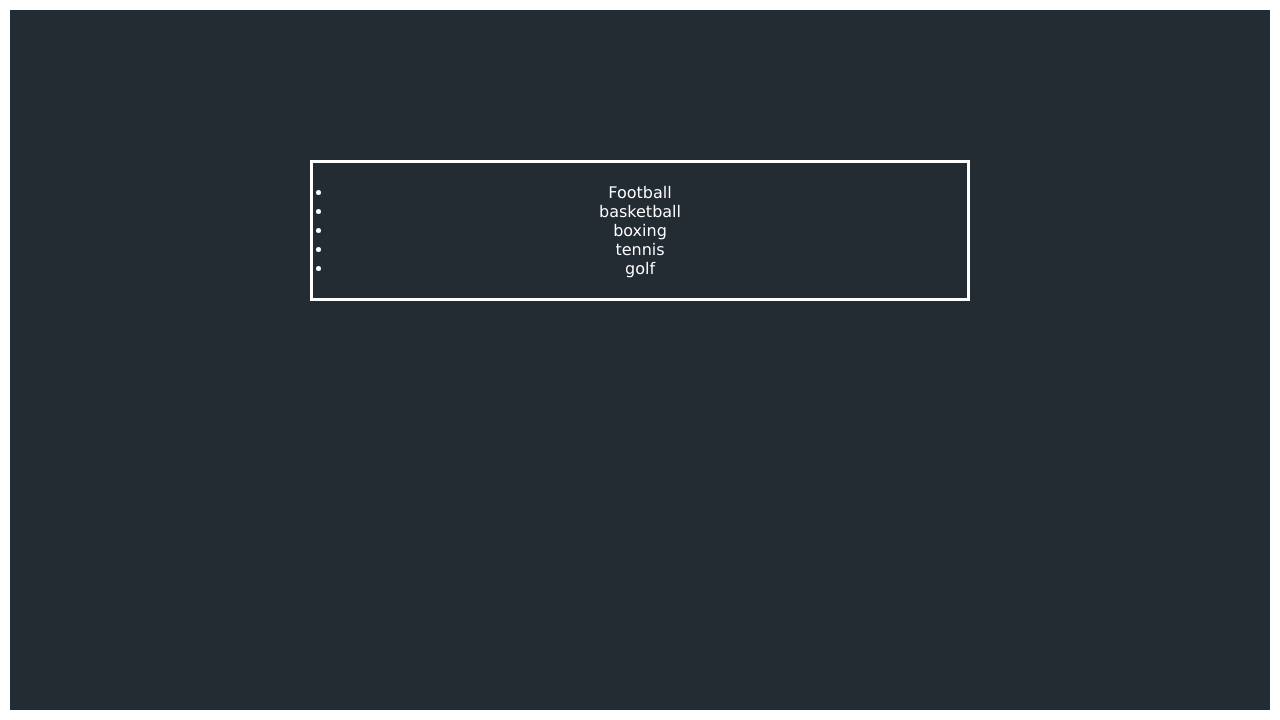
Repository: wakoya-tech/react-project
Page: Desktop/shaakala/aschu/index.html
These files come from the project's save history. The page is drawn as it stood at one moment and after the next save; the edit follows.
The browser window is 1280 px wide. The pictures show the whole page.

Above is the page before, as saved 2025-08-29 20:18:56.

### Desktop/shaakala/aschu/index.html
<!DOCTYPE html>
<html lang="en">
<head>
    <meta charset="UTF-8">
    <meta name="viewport" content="width=device-width, initial-scale=1.0">
    <title>Document</title>
</head>
<style>
    *{
        box-sizing: border-box;
        margin: 0;
        padding: 0;
    }
    body {
        background-color: rgb(35, 43, 51);
      border: 10px solid white;
      margin: 0;
      padding: 0;
      height: 100vh;
    }
    .container{
        font-family: Verdana, Geneva, Tahoma, sans-serif;
        color: white;
        background: none;
        align-content: center;
        text-align: center;
        justify-content: center;

        border: 3px solid white;
        margin: 150px 300px 150px 300px;
        padding: 20px;
    }

</style>
<body>
    <div class="container">
        <ul class="lists">
            <li class="list-items">Football</li>
            <li class="list-items">basketball</li>
            <li class="list-items">boxing</li>
            <li class="list-items">tennis</li>
            <li class="list-items">golf</li>
        </ul>
    </div>
</body>
</html>

After the next save:
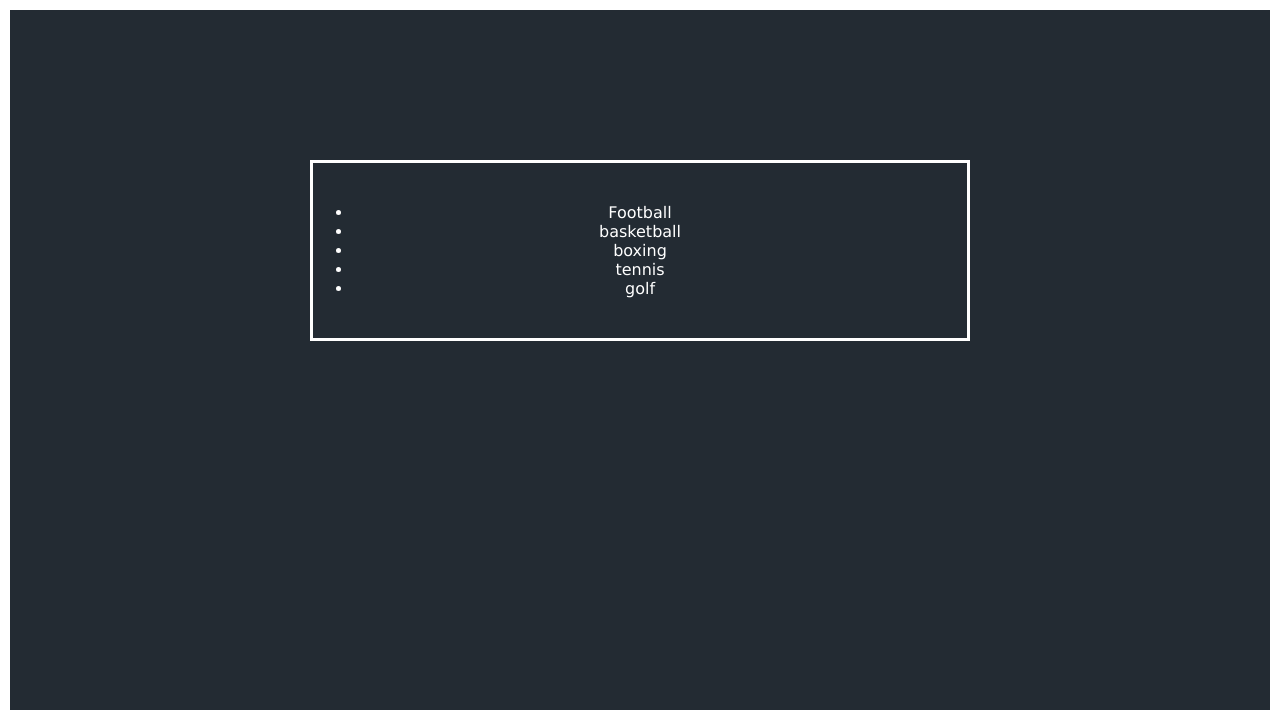
Saved 14 s later.
--- a/Desktop/shaakala/aschu/index.html
+++ b/Desktop/shaakala/aschu/index.html
@@ -28,7 +28,7 @@
 
         border: 3px solid white;
         margin: 150px 300px 150px 300px;
-        padding: 20px;
+        padding: 40px;
     }
 
 </style>
